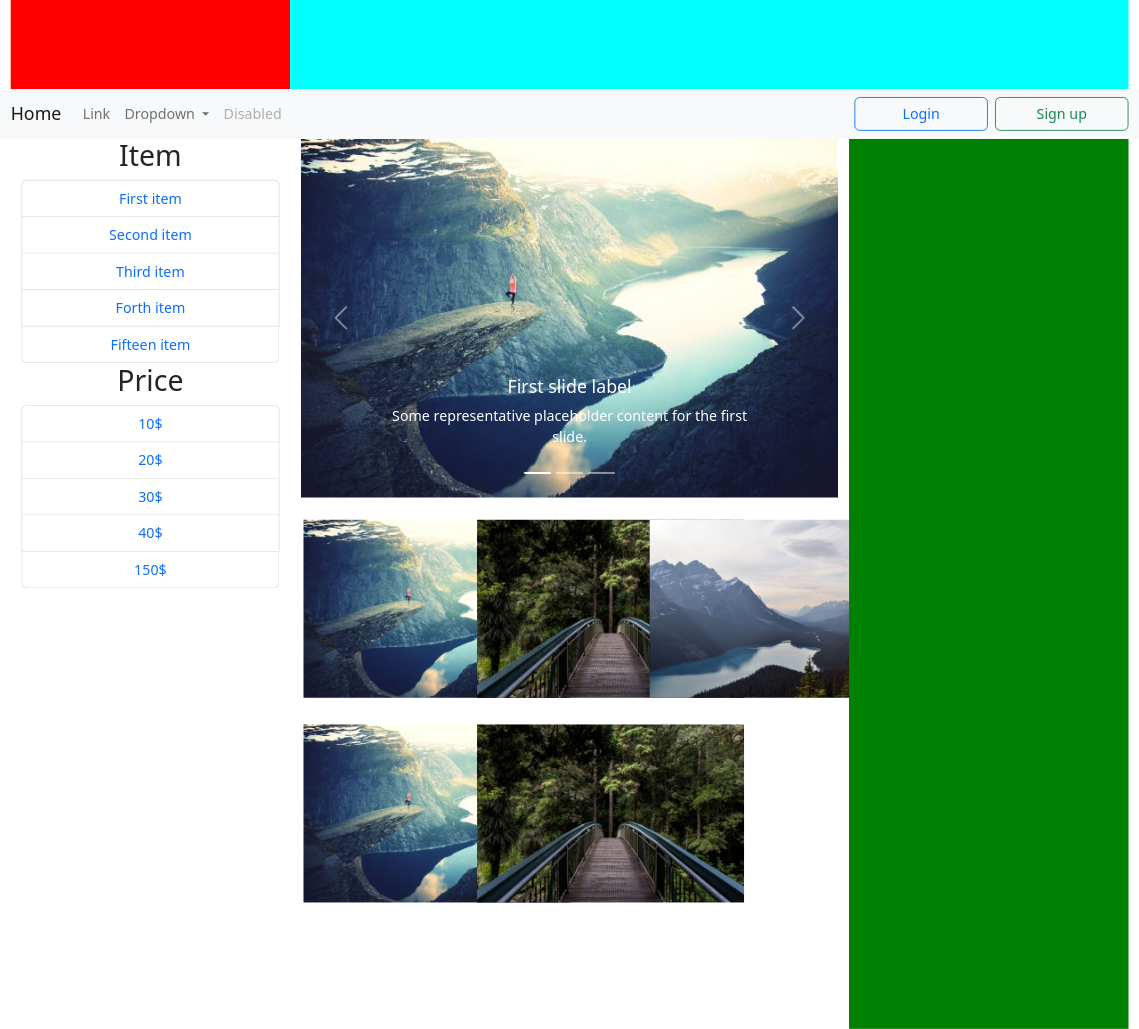
Repository: nguyenhung50497/MD2_bootstrap
Page: BT_giaoDienWeb/index.html
The author's editor kept a copy of each file at every save. The page is drawn from the files as they stood at one save, then again after a run of saves.
The browser window is 1280 px wide. The pictures show the whole page, at 89% of full size.

Above is the page before, as saved 2022-11-30 14:15:40.

### BT_giaoDienWeb/index.html
<!DOCTYPE html>
<html lang="en">
<head>
    <meta charset="UTF-8">
    <meta http-equiv="X-UA-Compatible" content="IE=edge">
    <meta name="viewport" content="width=device-width, initial-scale=1.0">
    <link href="https://cdn.jsdelivr.net/npm/bootstrap@5.2.3/dist/css/bootstrap.min.css" rel="stylesheet" integrity="sha384-rbsA2VBKQhggwzxH7pPCaAqO46MgnOM80zW1RWuH61DGLwZJEdK2Kadq2F9CUG65" crossorigin="anonymous">
    <script src="https://cdn.jsdelivr.net/npm/bootstrap@5.2.3/dist/js/bootstrap.bundle.min.js" integrity="sha384-kenU1KFdBIe4zVF0s0G1M5b4hcpxyD9F7jL+jjXkk+Q2h455rYXK/7HAuoJl+0I4" crossorigin="anonymous"></script>
    <title>Document</title>
</head>
<style>
    .logo {
        background-color: red;
        height: 100px;
    }
    .anhBia {
        background-color: aqua;
        height: 100px;
    }
    .right {
        background-color: green;
        height: 1000px;
    }
    a {
        text-decoration: none;
    }
    .contentImg {
        padding: 10px;
        margin-left: -80px;
    }
    .contentImg > div > img {
        margin: 15px 15px;
        height: 200px;
    }
</style>
<body>
<center>
    <div>
    <header class="container-fluid row">
        <div class="col-lg-3 logo">
            <img src="" alt="">
        </div>
        <div class="col-lg-9 anhBia">
            <img src="" alt="">
        </div>
    </header>
    <nav class="navbar navbar-expand-lg bg-light">
        <div class="container-fluid">
          <a class="navbar-brand" href="#">Home</a>
          <button class="navbar-toggler" type="button" data-bs-toggle="collapse" data-bs-target="#navbarSupportedContent" aria-controls="navbarSupportedContent" aria-expanded="false" aria-label="Toggle navigation">
            <span class="navbar-toggler-icon"></span>
          </button>
          <div class="collapse navbar-collapse" id="navbarSupportedContent">
            <ul class="navbar-nav me-auto mb-2 mb-lg-0">
              <li class="nav-item">
                <a class="nav-link" href="#">Link</a>
              </li>
              <li class="nav-item dropdown">
                <a class="nav-link dropdown-toggle" href="#" role="button" data-bs-toggle="dropdown" aria-expanded="false">
                  Dropdown
                </a>
                <ul class="dropdown-menu">
                  <li><a class="dropdown-item" href="#">Action</a></li>
                  <li><a class="dropdown-item" href="#">Another action</a></li>
                  <li><hr class="dropdown-divider"></li>
                  <li><a class="dropdown-item" href="#">Something else here</a></li>
                </ul>
              </li>
              <li class="nav-item">
                <a class="nav-link disabled">Disabled</a>
              </li>
            </ul>
            <form class="d-flex" role="search">
              <button class="form-control me-2 btn btn-outline-primary" style="width: 150px;">Login</button>
              <button class="btn btn-outline-success" type="submit" style="width: 150px;">Sign up</button>
            </form>
          </div>
        </div>
      </nav>
    <div class="container-fluid row">
        <aside class="col-lg-3 left">
            <h2>Item</h2>
            <ul class="list-group">
                <li class="list-group-item"><a href="">First item</a></li>
                <li class="list-group-item"><a href="">Second item</a></li>
                <li class="list-group-item"><a href="">Third item</a></li>
                <li class="list-group-item"><a href="">Forth item</a></li>
                <li class="list-group-item"><a href="">Fifteen item</a></li>
            </ul>
            <h2>Price</h2>
            <ul class="list-group">
                <li class="list-group-item"><a href="">10$</a></li>
                <li class="list-group-item"><a href="">20$</a></li>
                <li class="list-group-item"><a href="">30$</a></li>
                <li class="list-group-item"><a href="">40$</a></li>
                <li class="list-group-item"><a href="">150$</a></li>
            </ul>
        </aside>
        <section class="col-lg-6 content">
            <div id="carouselExampleCaptions" class="carousel slide" data-bs-ride="false">
                <div class="carousel-indicators">
                  <button type="button" data-bs-target="#carouselExampleCaptions" data-bs-slide-to="0" class="active" aria-current="true" aria-label="Slide 1"></button>
                  <button type="button" data-bs-target="#carouselExampleCaptions" data-bs-slide-to="1" aria-label="Slide 2"></button>
                  <button type="button" data-bs-target="#carouselExampleCaptions" data-bs-slide-to="2" aria-label="Slide 3"></button>
                </div>
                <div class="carousel-inner">
                  <div class="carousel-item active">
                    <img src="anh1.jpg" class="d-block w-100" alt="Anh 1">
                    <div class="carousel-caption d-none d-md-block">
                      <h5>First slide label</h5>
                      <p>Some representative placeholder content for the first slide.</p>
                    </div>
                  </div>
                  <div class="carousel-item">
                    <img src="anh2.jpg" class="d-block w-100" alt="Anh 2">
                    <div class="carousel-caption d-none d-md-block">
                      <h5>Second slide label</h5>
                      <p>Some representative placeholder content for the second slide.</p>
                    </div>
                  </div>
                  <div class="carousel-item">
                    <img src="anh3.jpg" class="d-block w-100" alt="Anh 3">
                    <div class="carousel-caption d-none d-md-block">
                      <h5>Third slide label</h5>
                      <p>Some representative placeholder content for the third slide.</p>
                    </div>
                  </div>
                </div>
                <button class="carousel-control-prev" type="button" data-bs-target="#carouselExampleCaptions" data-bs-slide="prev">
                  <span class="carousel-control-prev-icon" aria-hidden="true"></span>
                  <span class="visually-hidden">Previous</span>
                </button>
                <button class="carousel-control-next" type="button" data-bs-target="#carouselExampleCaptions" data-bs-slide="next">
                  <span class="carousel-control-next-icon" aria-hidden="true"></span>
                  <span class="visually-hidden">Next</span>
                </button>
            </div>
            <div class="container-fluid row contentImg">
                <div class="col-lg-4"><img src="anh1.jpg" alt=""></div>
                <div class="col-lg-4"><img src="anh2.jpg" alt=""></div>
                <div class="col-lg-4"><img src="anh3.jpg" alt=""></div>
                <div class="col-lg-4"><img src="anh1.jpg" alt=""></div>
                <div class="col-lg-4"><img src="anh2.jpg" alt=""></div>
            </div>
        </section>
        <aside class="col-lg-3 right"></aside>
    </div>
    <footer></footer>
    </div>
</center>
</body>
</html>

After the next 2 saves:
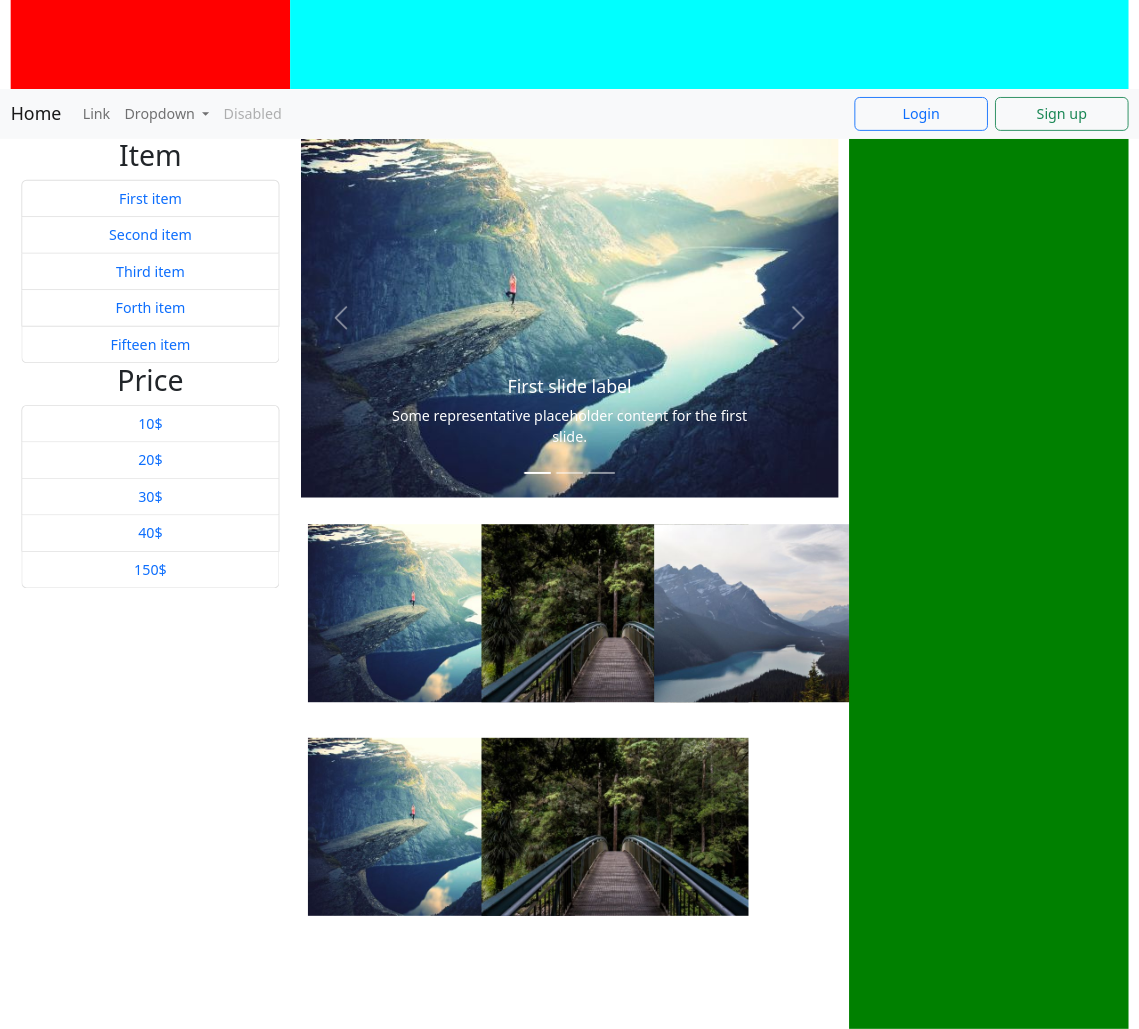
The 2 saves are shown as one change because they came seconds apart.
The last was saved 10 s later.
--- a/BT_giaoDienWeb/index.html
+++ b/BT_giaoDienWeb/index.html
@@ -29,7 +29,7 @@
         margin-left: -80px;
     }
     .contentImg > div > img {
-        margin: 15px 15px;
+        margin: 20px 20px;
         height: 200px;
     }
 </style>

After the save that followed:
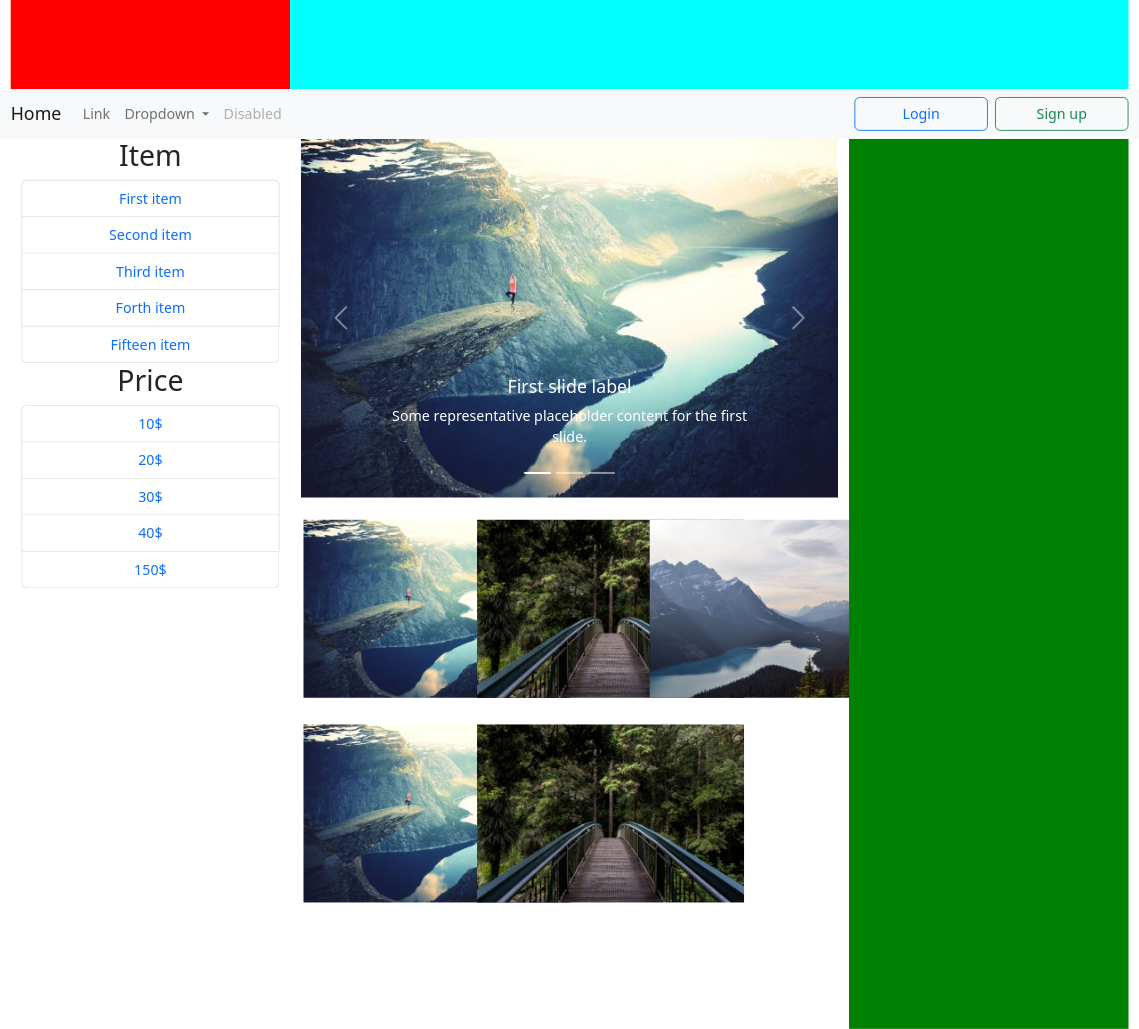
Saved 5 s later.
--- a/BT_giaoDienWeb/index.html
+++ b/BT_giaoDienWeb/index.html
@@ -29,7 +29,7 @@
         margin-left: -80px;
     }
     .contentImg > div > img {
-        margin: 20px 20px;
+        margin: 15px 15px;
         height: 200px;
     }
 </style>
